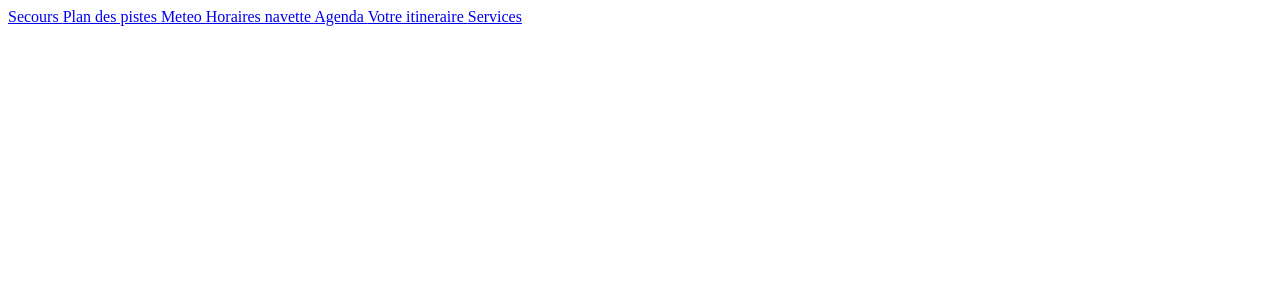
Repository: numericgraphics/Rosiere_Service
Page: www/templates/home.html
The author's editor kept a record of every edit. The page is drawn from the files as they stood at one moment, then again after the next edit.
The browser window is 1280 px wide. The pictures show the whole page.

Above is the page before.

### www/templates/home.html
<ion-view title="Accueil">


  <ion-content  has-header="true" padding="true">



    <div class="list">



  <a class="item item-icon-left" href="#/menu/secours">
    <i class="icon ion-medkit"></i>
    Secours
  </a>

  <a class="item item-icon-left" href="#/menu/plan">
    <i class="icon ion-map"></i>
    Plan des pistes
  </a>

  <a class="item item-icon-left" href="#/menu/meteo">
    <i class="icon ion-ios7-cloud"></i>
    Meteo
  </a>

  <a class="item item-icon-left" href="#/menu/horaires">
    <i class="icon ion-ios7-clock"></i>
    Horaires navette
  </a>

  <a class="item item-icon-left" href="#/menu/agenda">
    <i class="icon ion-calendar"></i>
    Agenda
  </a>

  <a class="item item-icon-left" href="#/menu/itineraires">
    <i class="icon ion-compose"></i>
    Votre itineraire
  </a>

  <a class="item item-icon-left" href="#/menu/services">
    <i class="icon ion-happy"></i>
    Services
  </a>

  </div>




  </ion-content>

  </ion-view>

After the next edit:
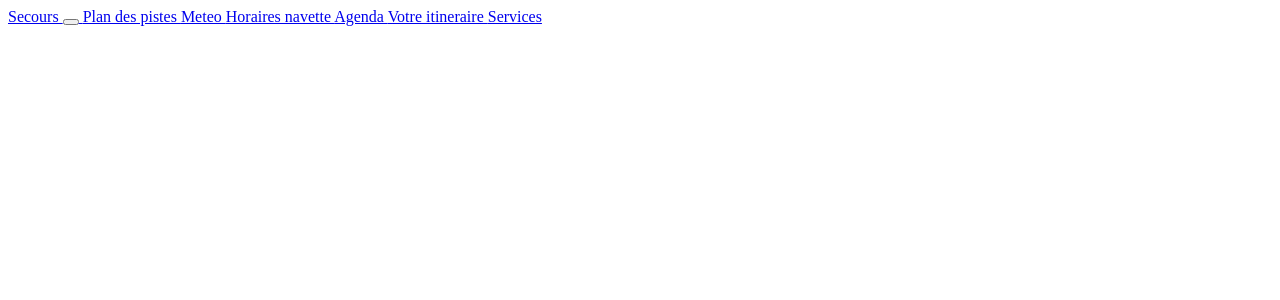
The edit:
--- a/www/templates/home.html
+++ b/www/templates/home.html
@@ -12,6 +12,9 @@
   <a class="item item-icon-left" href="#/menu/secours">
     <i class="icon ion-medkit"></i>
     Secours
+    <button class="button button-assertive">
+      <i class="icon ion-ios7-telephone"></i>
+    </button>
   </a>
 
   <a class="item item-icon-left" href="#/menu/plan">

After the 2 edits that followed:
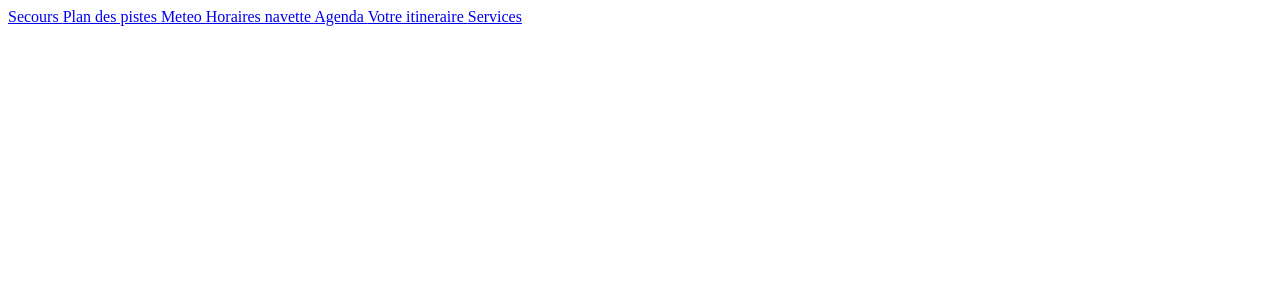
The 2 edits are shown as one change because 1 left the picture as it was.
The edit:
--- a/www/templates/home.html
+++ b/www/templates/home.html
@@ -9,12 +9,10 @@
 
 
 
-  <a class="item item-icon-left" href="#/menu/secours">
+  <a class="item item-icon-left item-button-right" href="#/menu/secours">
     <i class="icon ion-medkit"></i>
     Secours
-    <button class="button button-assertive">
-      <i class="icon ion-ios7-telephone"></i>
-    </button>
+
   </a>
 
   <a class="item item-icon-left" href="#/menu/plan">
